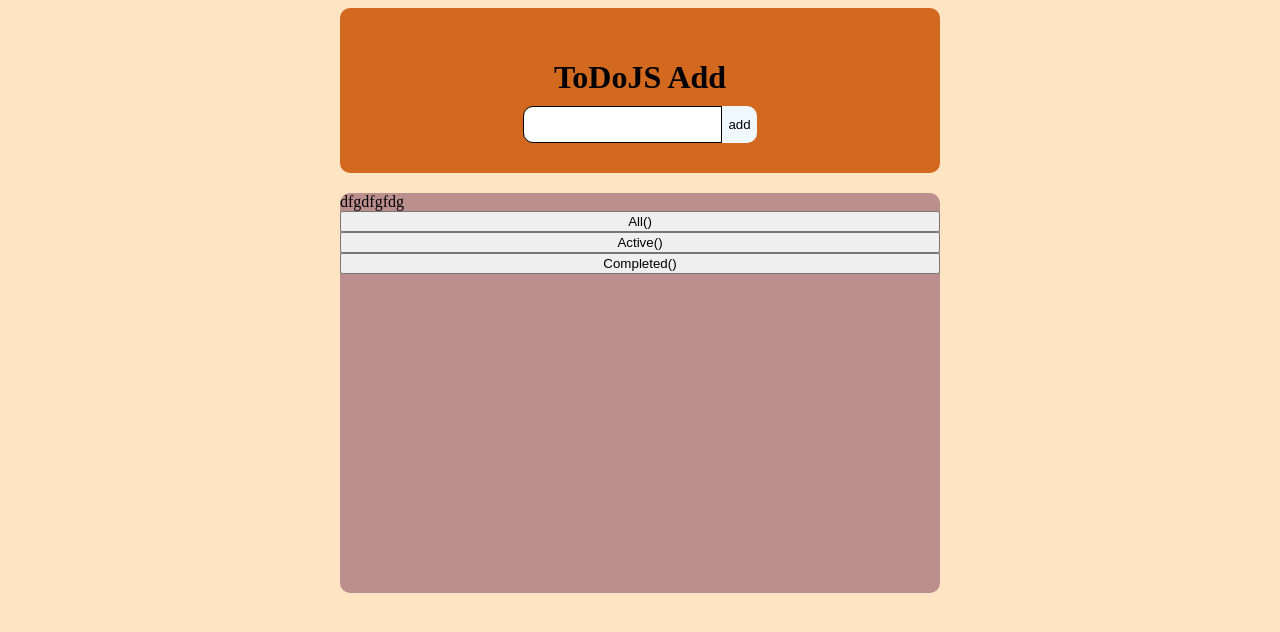
Repository: Savich01/ToDo
Page: index.html
The author's editor kept a copy of each file at every save. The page is drawn from the files as they stood at one save, then again after the next save.
The browser window is 1280 px wide. The pictures show the whole page.

Above is the page before, as saved 2024-05-03 14:38:18.

### index.html
<!DOCTYPE html>
<html lang="en">
<head>
    <meta charset="UTF-8">
    <meta name="viewport" content="width=device-width, initial-scale=1.0">
    <link rel="stylesheet" href="css/style.css">
    <title>ToDO</title>
</head>
<body>
    <header class="header">
        <div class="header-block">
            <div class="header-block__sub">
                <h1 class="title">ToDoJS Add</h1>
                <form class="personal" action="#">
                    <input type="text" class="personal-input">
                    <button class="personal-btn">add</button>
                </form>
            </div>
        </div>
    </header>
     <main class="main">
        <div class="main-block">
            <div class="main-container">
               dfgdfgfdg
            </div>
            <div class="main-button">
                <button class="main-btn1">All()</button>
                <button class="main-btn2">Active()</button>
                <button class="main-btn3">Completed()</button>
            </div>
            </div>
        </div>
     </main>
        <script src="js/script.js"></script>
</body>
</html>

### css/style.css
/*------------HEADER-------------------------------------*/

body {
    max-width: 100%;
    background: #FFE4C4;
}
.header {
    margin-bottom: 20px;
}
.header-block {
    max-width: 600px;
    margin: 0 auto;
    background: #D2691E;
    border-radius: 10px;
}
 .header-block__sub {
    display: flex;
    flex-direction: column;
    justify-content: center;
    align-items: center;
    padding: 30px 0px;
 }

 .title {
    margin-bottom: 10px;
 }

 .personal {
    display: flex;
    justify-content: center;
 }

 .personal-input{
    padding: 10px;
    border: 1px solid #000;
    border-radius: 10px 0px 0px 10px;
 }
.personal-btn {
    border: none;
    background-color: aliceblue;
    border-radius: 0px 10px 10px 0px;
    cursor: pointer;
}
/*------------------MAIN-------------------------------------*/

.main-block {
   max-width: 600px;
   margin: 0 auto;
   background: #BC8F8F;
   height: 400px;
   border-radius: 10px;
}
.main-button {
    display: flex;
    flex-direction: column;
    /* justify-content: flex-end; */
}
/*------------------FOOTER--------------------------------------------------*/

Loaded but not shown: js/script.js (no copy from this time; the picture is the same without it)

After the next save:
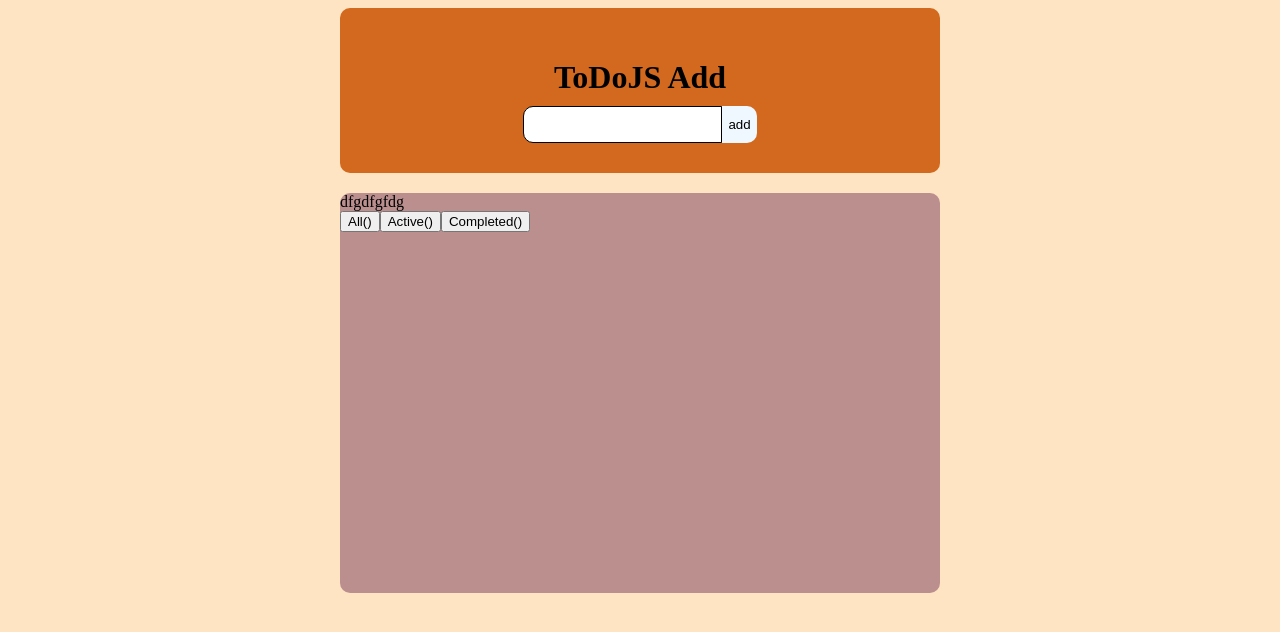
Saved 59 s later.
--- a/css/style.css
+++ b/css/style.css
@@ -52,7 +52,7 @@ body {
 }
 .main-button {
     display: flex;
-    flex-direction: column;
+    /* flex-direction: column; */
     /* justify-content: flex-end; */
 }
 /*------------------FOOTER--------------------------------------------------*/
